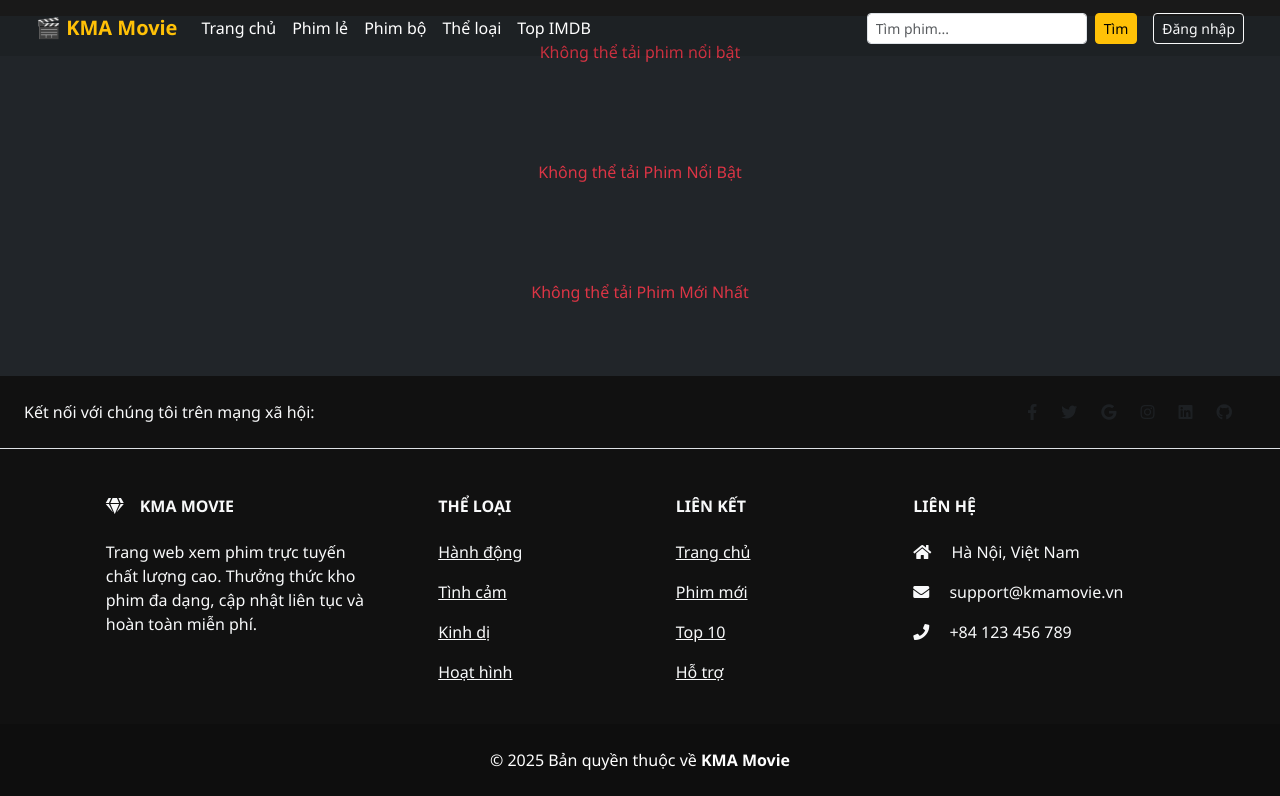
Repository: takagi2004/KMA_Nhom27_TTCS_WebXemFilm_FonEnd
Page: /
The author's editor kept a copy of each file at every save. The page is drawn from the files as they stood at one save, then again after a run of saves.
The browser window is 1280 px wide. The pictures show the whole page.
The page's requests for data from a server got no answer. The project was rebuilt for these pictures with package versions that can differ from the ones it lists, and the page was loaded fresh each time. No one was signed in, and anything a server would have sent is missing. Also part of the build but not shown: src/layout/danhsachphim/Props/PhimCard.tsx.

Above is the page before, as saved 2025-08-07 00:32:17.

After the next 2 saves:
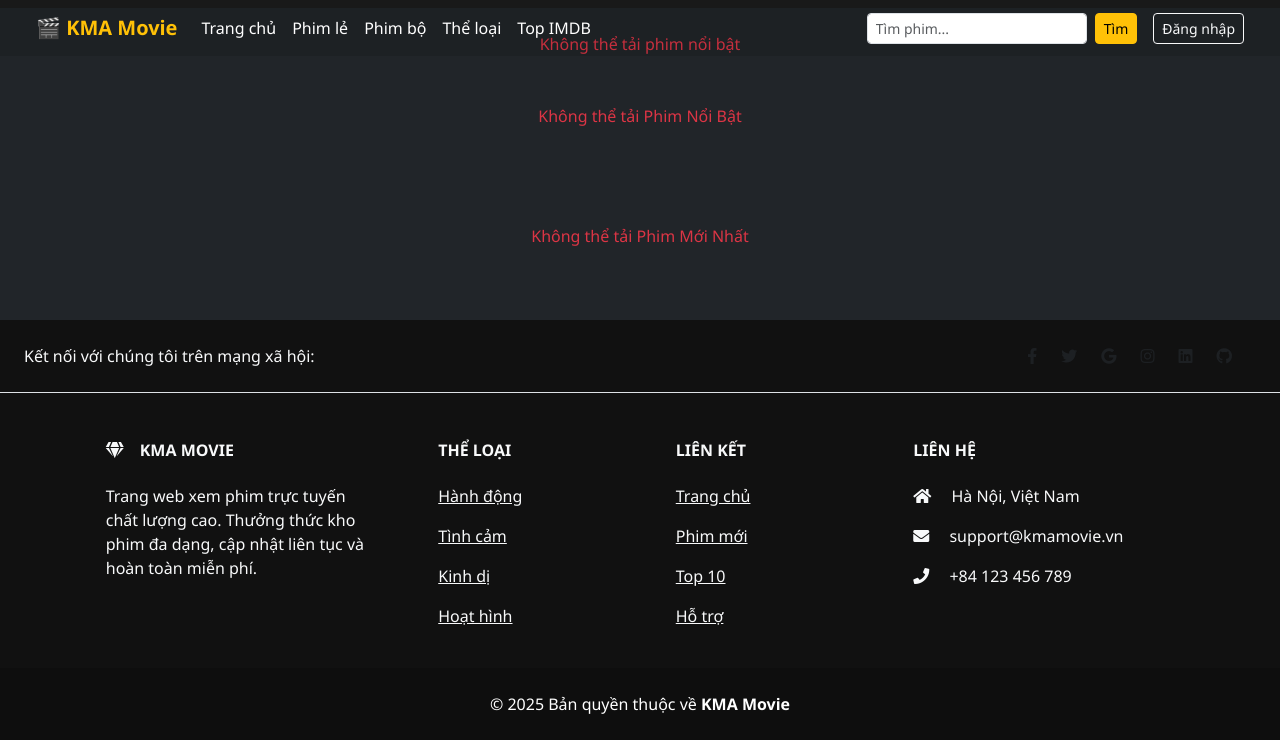
The 2 saves are shown as one change because they came seconds apart.
The last was saved 8 s later.
--- a/src/layout/header/Header.tsx
+++ b/src/layout/header/Header.tsx
@@ -11,7 +11,7 @@
       <Navbar />
 
       {/* Carousel có khoảng cách dưới */}
-      <div className="mt-3 mb-5">
+      <div className="mt-2 mb-9">
         <Carousel />
       </div>
 
